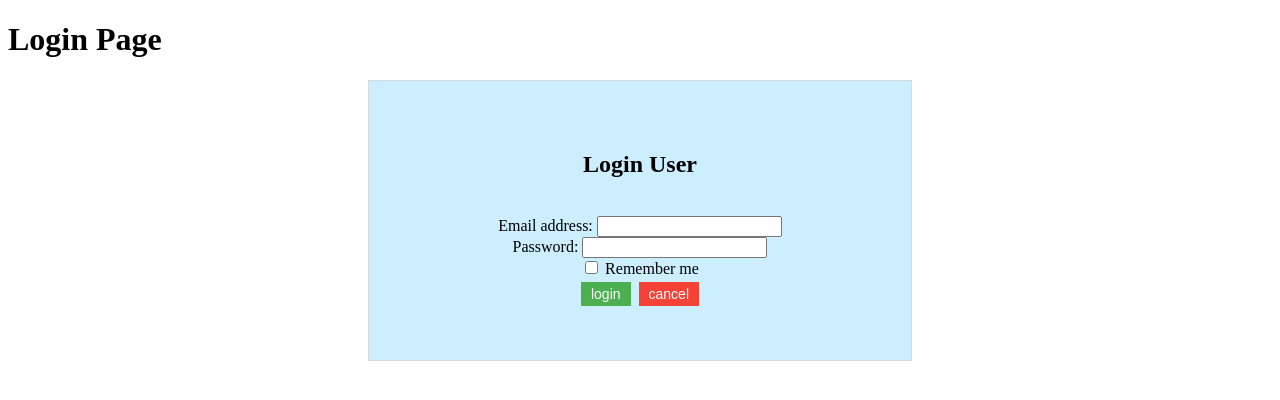
Repository: ashwinipatil321/ServletPrograms
Page: http://localhost/loginAndRegisterServlet/login.jsp
The author's editor kept a copy of each file at every save. The page is drawn from the files as they stood at one save, then again after the next save.
The browser window is 1280 px wide. The pictures show the whole page.
The page is served by Tomcat 9. Other server files are loaded and not shown.

Above is the page before, as saved 2017-11-07 05:12:54.

### loginAndRegisterServlet/WebContent/login.jsp
<%@ page language="java" contentType="text/html; charset=UTF-8"
	pageEncoding="UTF-8"%>
<!DOCTYPE html PUBLIC "-//W3C//DTD HTML 4.01 Transitional//EN" "http://www.w3.org/TR/html4/loose.dtd">
<html>
<head>
<meta http-equiv="Content-Type" content="text/html; charset=UTF-8">
<title> welcome Login page</title>
<style type="text/css">
center{
border:1px solid #D5D8DC;
padding:50px;
margin:auto;
background-color:#CCEEFF;
width:35%;
}

.button {
    background-color: #4CAF50; /* Green */
    border: none;
    color: white;
    padding: 4px 10px;
    text-align: center;
    text-decoration: none;
    display: inline-block;
    font-size: 14px;
    margin: 4px 2px;
    cursor: pointer
}
.button1 {
    background-color: #f44336;
    border:none;
    color: white;
    padding: 4px 10px;
    text-align: center;
    text-decoration: none;
    display: inline-block;
    font-size: 14px;
    margin: 4px 2px;
    cursor: pointer
}
</style>
</head>

<body>
	<h1>Login Page</h1>
	<center>
		<h2>Login User</h2>
		<form action="Login" method="post"><br />
			 <!-- Email Id
			<input type="text" name="emailId"> <br /><br>
			 Password
			<input type="password" name="password"> <br /><br>
			<input type="submit" value="Submit" class="button">
			 <a href="Register.jsp">
			 <input type="button" value="cancel" class="button1"></a> -->
			  <form>
  <div class="form-group">
    <label for="email">Email address:</label>
    <input type="email" class="form-control" id="email">
  </div>
  <div class="form-group">
    <label for="pwd">Password:</label>
    <input type="password" class="form-control" id="pwd">
  </div>
  <div class="checkbox">
    <label><input type="checkbox"> Remember me</label>
  </div>
  <button type="submit" class="button">login</button>
  <a href="Register.jsp">
			 <input type="button" value="cancel" class="button1"></a>
</form>
		</form>
	</center>
</body>
</html>

After the next save:
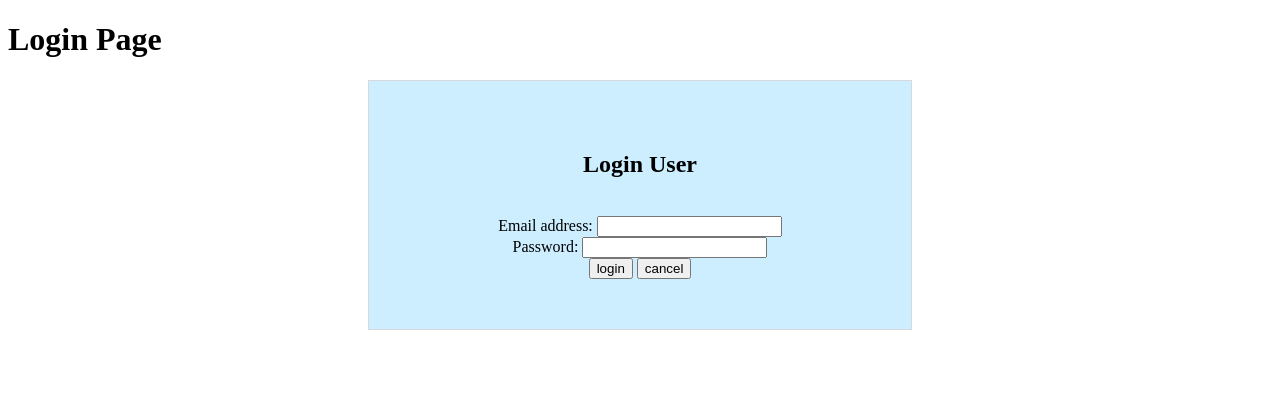
Saved 99 s later.
--- a/loginAndRegisterServlet/WebContent/login.jsp
+++ b/loginAndRegisterServlet/WebContent/login.jsp
@@ -4,39 +4,14 @@
 <html>
 <head>
 <meta http-equiv="Content-Type" content="text/html; charset=UTF-8">
-<title> welcome Login page</title>
+<title>welcome Login page</title>
 <style type="text/css">
-center{
-border:1px solid #D5D8DC;
-padding:50px;
-margin:auto;
-background-color:#CCEEFF;
-width:35%;
-}
-
-.button {
-    background-color: #4CAF50; /* Green */
-    border: none;
-    color: white;
-    padding: 4px 10px;
-    text-align: center;
-    text-decoration: none;
-    display: inline-block;
-    font-size: 14px;
-    margin: 4px 2px;
-    cursor: pointer
-}
-.button1 {
-    background-color: #f44336;
-    border:none;
-    color: white;
-    padding: 4px 10px;
-    text-align: center;
-    text-decoration: none;
-    display: inline-block;
-    font-size: 14px;
-    margin: 4px 2px;
-    cursor: pointer
+center {
+	border: 1px solid #D5D8DC;
+	padding: 50px;
+	margin: auto;
+	background-color: #CCEEFF;
+	width: 35%;
 }
 </style>
 </head>
@@ -45,30 +20,29 @@ width:35%;
 	<h1>Login Page</h1>
 	<center>
 		<h2>Login User</h2>
-		<form action="Login" method="post"><br />
-			 <!-- Email Id
+		<form action="Login" method="post">
+			<br />
+			<!-- Email Id
 			<input type="text" name="emailId"> <br /><br>
 			 Password
 			<input type="password" name="password"> <br /><br>
 			<input type="submit" value="Submit" class="button">
 			 <a href="Register.jsp">
 			 <input type="button" value="cancel" class="button1"></a> -->
-			  <form>
-  <div class="form-group">
-    <label for="email">Email address:</label>
-    <input type="email" class="form-control" id="email">
-  </div>
-  <div class="form-group">
-    <label for="pwd">Password:</label>
-    <input type="password" class="form-control" id="pwd">
-  </div>
-  <div class="checkbox">
-    <label><input type="checkbox"> Remember me</label>
-  </div>
-  <button type="submit" class="button">login</button>
-  <a href="Register.jsp">
-			 <input type="button" value="cancel" class="button1"></a>
-</form>
+			<form>
+				<div class="form-group">
+					<label for="email">Email address:</label> <input type="email"
+						class="form-control" id="email">
+				</div>
+				<div class="form-group">
+					<label for="pwd">Password:</label> <input type="password"
+						class="form-control" id="pwd">
+				</div>
+
+				<button type="submit" class="button">login</button>
+				<a href="Register.jsp">
+				 <input type="button" value="cancel" class="button1"></a>
+			</form>
 		</form>
 	</center>
 </body>
